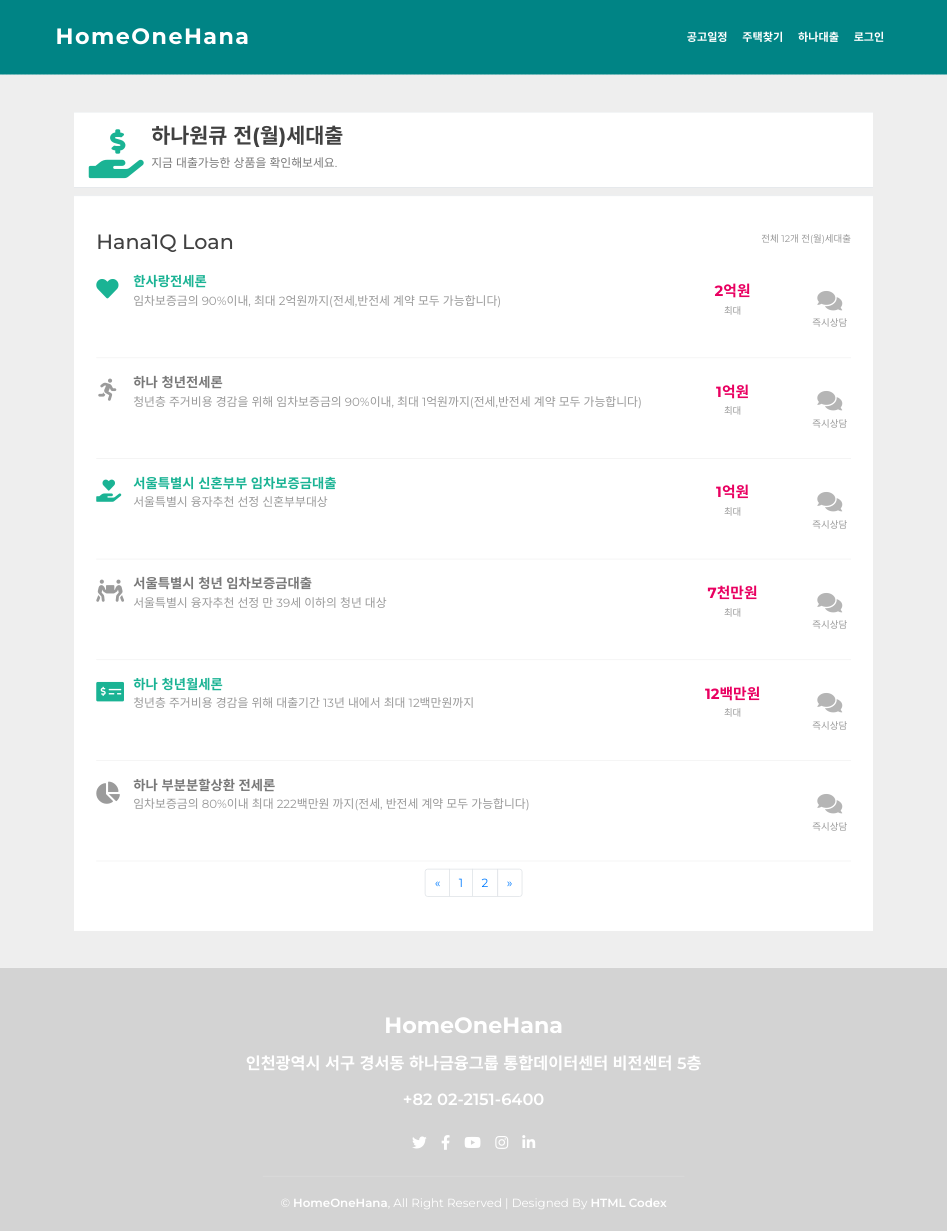
Repository: koposoftware/2021_10_syyoon
Page: http://localhost/HomeOneHana/WEB-INF/jsp/loan/loan.jsp
The author's editor kept a copy of each file at every save. The page is drawn from the files as they stood at one save, then again after the next save.
The browser window is 1280 px wide. The pictures show the whole page, at 74% of full size.
After loading, the first visible `a.page-link` was clicked once.
Some web libraries are served in a nearby version. The page is served by Tomcat 9. Nobody is signed in. The template is opened directly, without the code that normally fills it, so the values that code supplies are empty.

Above is the page before, as saved 2021-09-14 10:20:34.

After the next save:
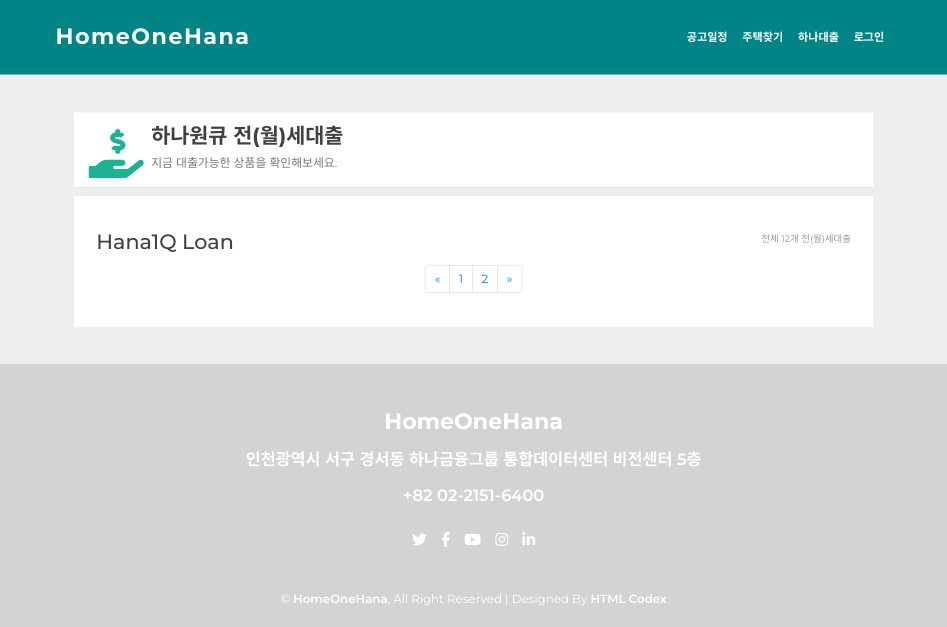
Saved 68 s later.
--- a/project/Spring-mvc/HomeOneHana/src/main/webapp/resources/js/loan/loan.js
+++ b/project/Spring-mvc/HomeOneHana/src/main/webapp/resources/js/loan/loan.js
@@ -7,8 +7,16 @@
 
 $(document).ready(function(){
 	$('.page-link').click(function(){
+		$('#loanContents').empty()
 		var page = $(this).html()
 		if( page == 1){
+			$('.forum-item').eq(0).show()
+			$('.forum-item').eq(1).show()
+			$('.forum-item').eq(2).show()
+			$('.forum-item').eq(3).show()
+			$('.forum-item').eq(4).show()
+			$('.forum-item').eq(5).show()
+
 			$('.forum-item').eq(6).hide()
 			$('.forum-item').eq(7).hide()
 			$('.forum-item').eq(8).hide()
